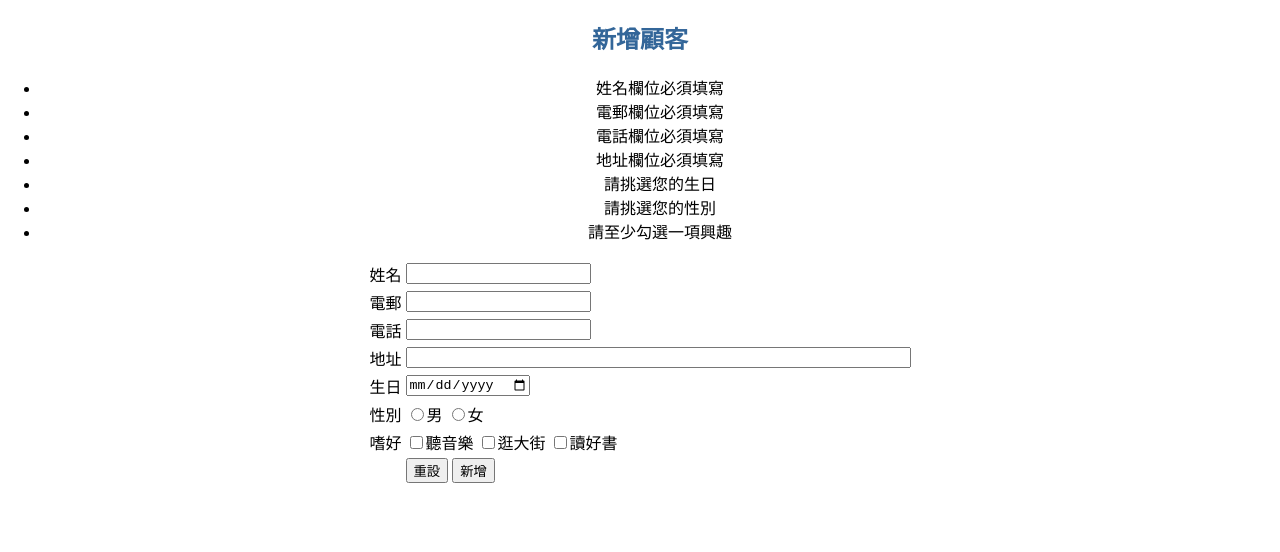
Repository: stanleydk4/JAVA_EE
Page: http://localhost/myWeb/customer/ccController.do
The author's editor kept a copy of each file at every save. The page is drawn from the files as they stood at one save, then again after the next save.
The browser window is 1280 px wide. The pictures show the whole page.
The page is served by Tomcat 10.

Above is the page before, as saved 2024-09-20 02:22:39.

After the next save:
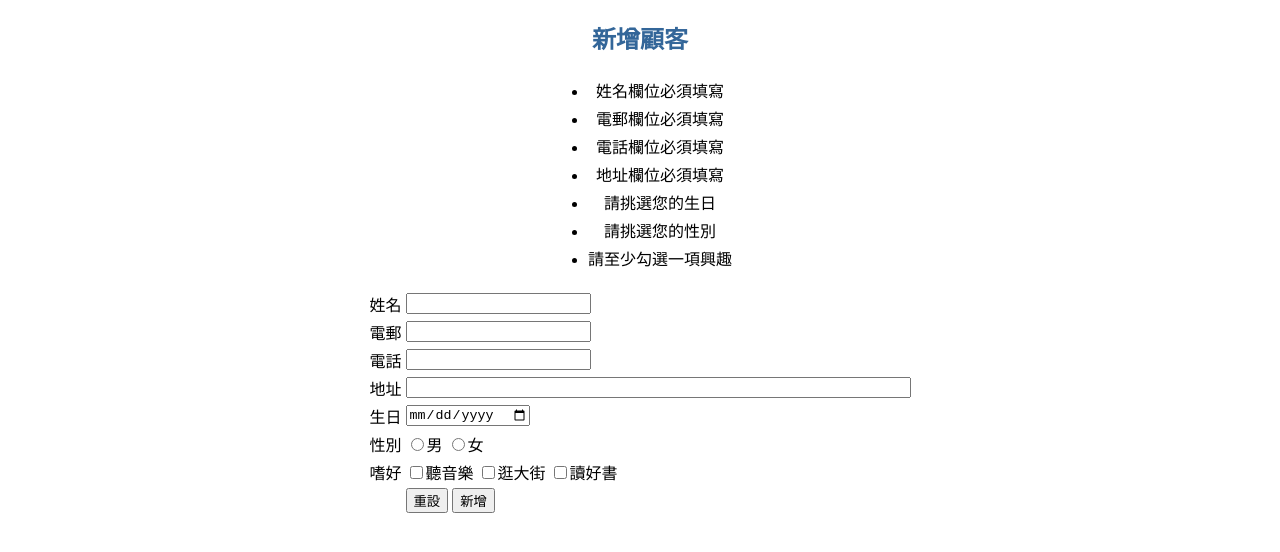
Saved 79 s later.
--- a/myWeb/src/main/webapp/customer/createCustomer.jsp
+++ b/myWeb/src/main/webapp/customer/createCustomer.jsp
@@ -14,9 +14,9 @@
 	<% LinkedList<String> errors = (LinkedList<String>)request.getAttribute("errors"); %>
 	<% if(errors != null){ %>
 		<ul>
-		<table>
+		<table border="0" style="margin:auto">
 			<% for(String error:errors){ %>
-				<li><%= error %>
+				<tr><td><li><%= error %></li></td></tr>
 			<% } %>
 		</table>
 		</ul>
